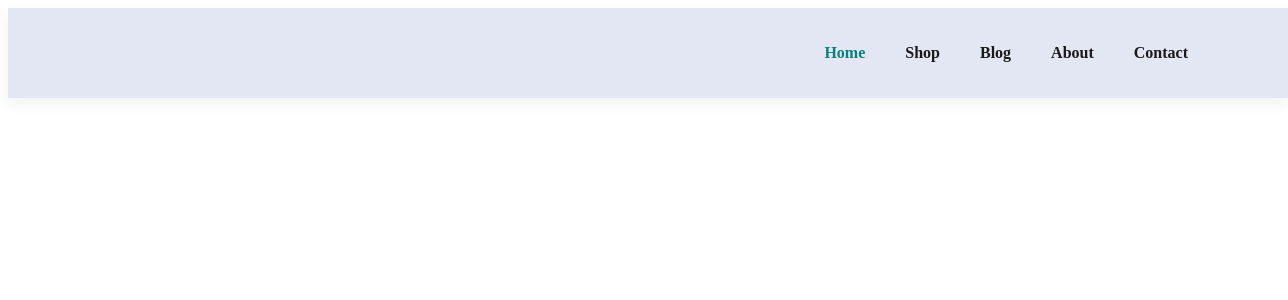
Repository: thecoachanna/lishas-layers
Page: index.html
An editor plug-in stored every save of this project. The page is shown before and after the next save, followed by the edit.
The browser window is 1280 px wide. The page is 1288 px wide, so the pictures cover 1288 px, including what lies to the right of the window. The pictures show the whole page.

Above is the page before, as saved 2023-01-02 17:18:49.

### index.html
<!DOCTYPE html>
<html lang="en">
<head>
    <meta charset="UTF-8">
    <meta http-equiv="X-UA-Compatible" content="IE=edge">
    <meta name="viewport" content="width=device-width, initial-scale=1.0">
    <link rel="stylesheet" href="style.css">
    <title>Lisha's Layers</title>
</head>
<body>
    <section id="header">
        <a href="#"><img src="" class="logo" alt=""></a>
    <div>
        <ul id="navbar">
           <li><a class="active" href="index.html">Home</a></li>
           <li><a href="shop.html">Shop</a></li>
           <li><a href="blog.html">Blog</a></li>
           <li><a href="about.html">About</a></li>
           <li><a href="contact.html">Contact</a></li>
        </ul>
    </div>
    </section>
    <script src="script.js"></script>
</body>
</html>

### style.css
@import url('https://fonts.googleapis.com/css2?family=Lato:wght@100&family=Oswald:wght@700&family=Outfit&family=Poiret+One&display=swap')

* {
    margin: 0;
    padding: 0;
    box-sizing: border-box;
    font-family: 'Spartan', sans-serif;
}

h1 {
    font-size: 50px;
    line-height: 64px;
    color: #222;
}

h2 {
    font-size: 46px;
    line-height: 54px;
    color: #222;
}

h4 {
    font-size: 20px;
    color: #222;
}

h6 {
    font-weight: 700px;
    font-size: 12px;
}

p {
    font-size: 16px;
    color: #465b52;
    margin: 15px 0 20px 0;
}

.section-p1 {
    padding: 40px 80px;
}

.section-m1 {
    margin: 40px 0;
}

body {
    width: 100%
}

#header {
    display: flex;
    align-items: center;
    justify-content: space-between;
    padding: 20px 80px;
    background: #e3e6f3;
    box-shadow: 0 5px 15px rgba(0, 0, 0, 0.06);
}

#navbar {
    display: flex;
    align-items: center;
    justify-content: center;
}

#navbar li {
    list-style: none;
    padding: 0 20px;
}

#navbar li a {
    text-decoration: none;
    font-size: 16px;
    font-weight: 600;
    color: #1a1a1a;
    transition: 0.3s ease;
}

#navbar li a:hover,
#navbar li a.active {
    color: #088178;
}

#navbar li a.active::after {
    content: "";
    width: 30%;
    height: 2px;
    background: #088178;
    position
}

Loaded but not shown: script.js (no stored copy; drawn as an empty file)

After the next save:
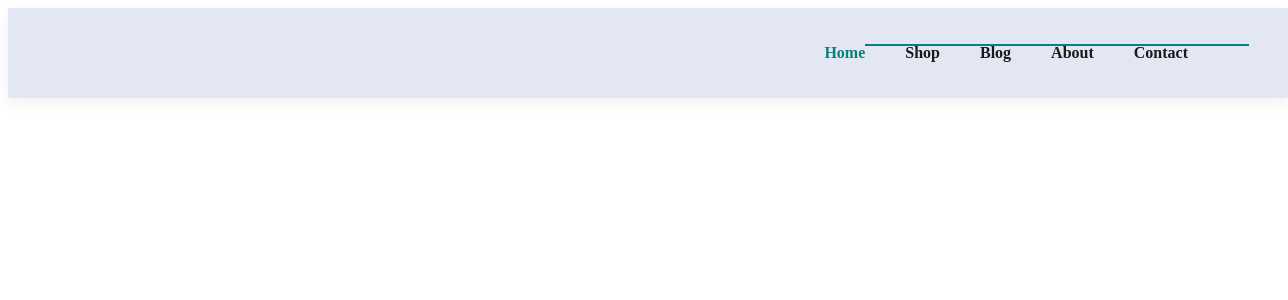
Saved 5 s later.
--- a/style.css
+++ b/style.css
@@ -85,5 +85,5 @@ body {
     width: 30%;
     height: 2px;
     background: #088178;
-    position
+    position: absolute;
 }
